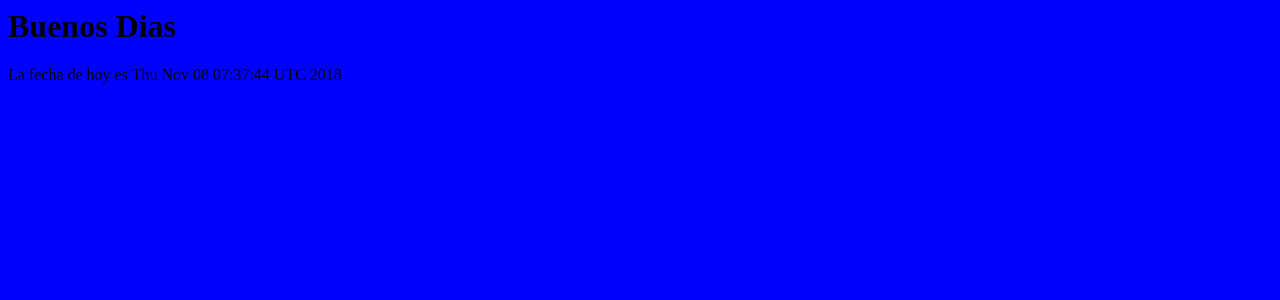
Repository: rengifolu/Blog
Page: http://localhost/PrimerosPasosJSP/saludo.jsp
These files come from the project's save history. The page is drawn as it stood at one moment and after the next save; the edit follows.
The browser window is 1280 px wide. The pictures show the whole page.
The page is served by Tomcat 9. Other server files are loaded and not shown.

Above is the page before, as saved 2018-11-08 07:51:43.

### PrimerosPasosJSP/WebContent/saludo.jsp
<%@page import="java.util.Date"%>
<html>

<body style="background:blue">
  <h1>
      Buenos Dias
  </h1>

      La fecha de hoy es  <%= new Date() %>

      <%!
       private int resultado;
       private int suma (int i, int j){
    	  resultado = i+j;
    	  return resultado;
      }
      %>
</body>
</html>

After the next save:
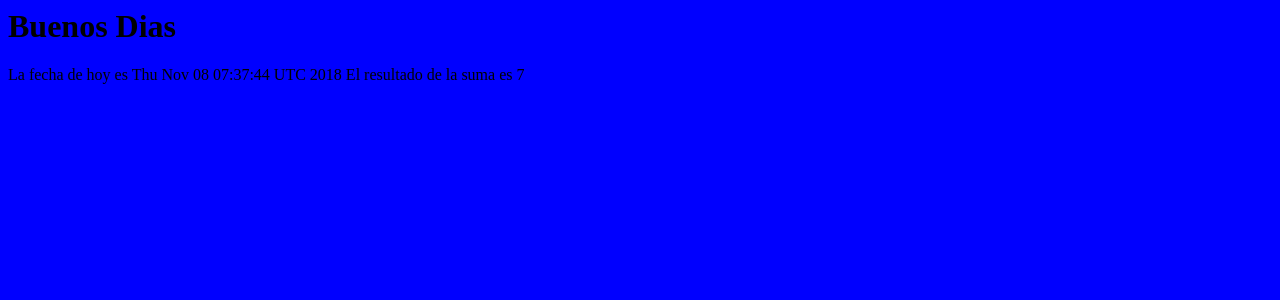
Saved 54 s later.
--- a/PrimerosPasosJSP/WebContent/saludo.jsp
+++ b/PrimerosPasosJSP/WebContent/saludo.jsp
@@ -15,5 +15,9 @@
     	  return resultado;
       }
       %>
+
+
+      El resultado de la suma es <%= suma(3,4) %>
+
 </body>
 </html>
